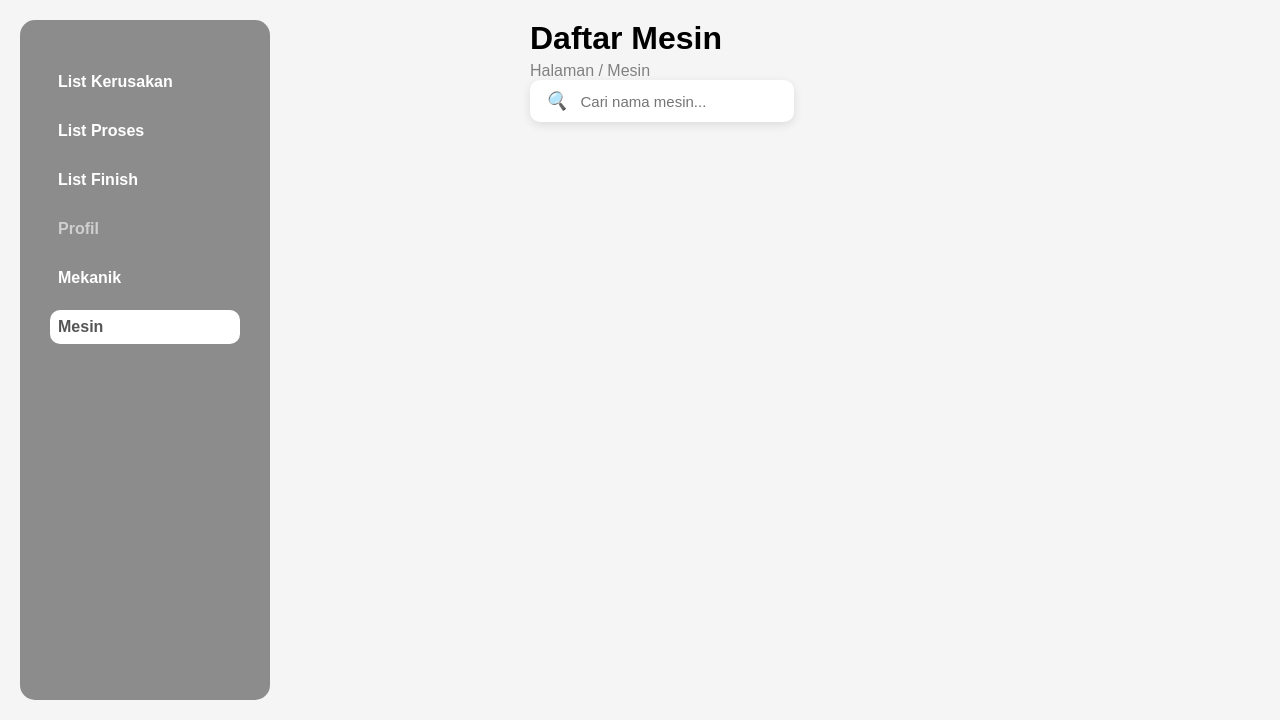
Repository: 1rHub/maintenance
Page: http://localhost/mesin.php
An editor plug-in stored every save of this project. The page is shown before and after the next save, followed by the edit.
The browser window is 1280 px wide. The pictures show the whole page.
The page is run by PHP 8.4 with error messages shown; the project is at /var/www/html/. Queries for data that is not in the repository find no rows.

Above is the page before, as saved 2025-10-19 03:59:32.

After the next save:
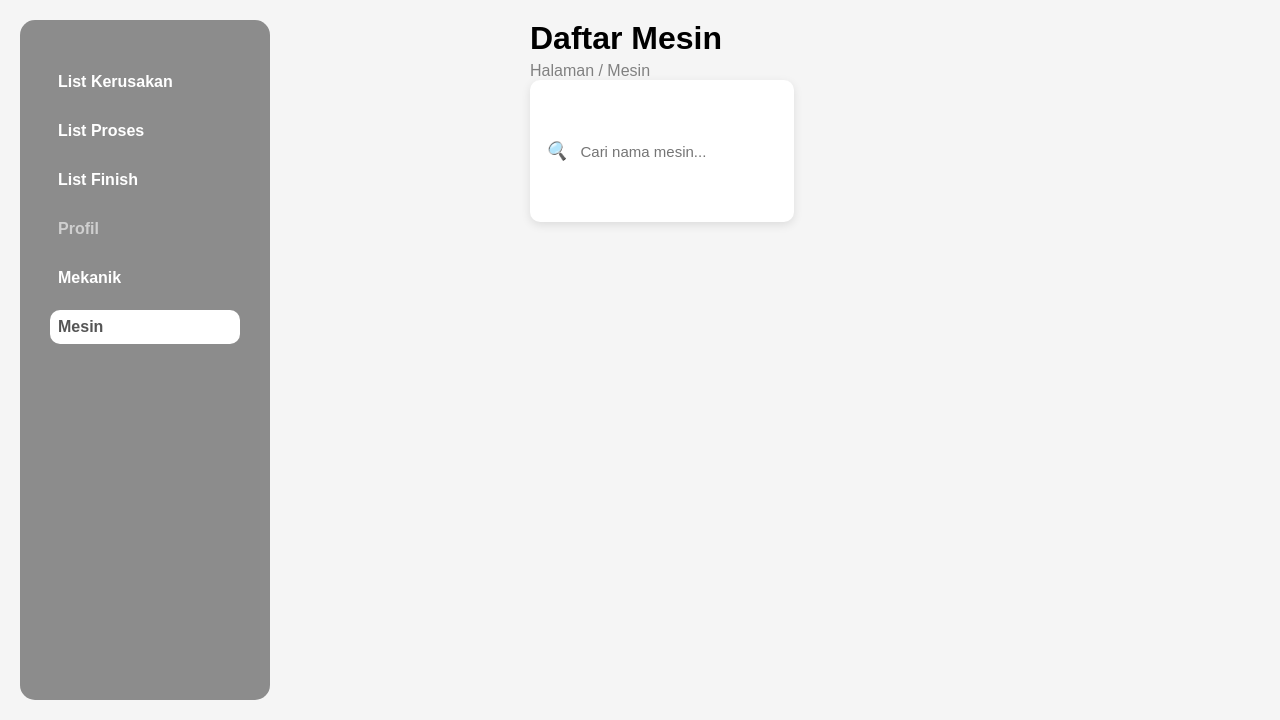
Saved 9 s later.
--- a/mesin.php
+++ b/mesin.php
@@ -24,7 +24,7 @@
             background: white;
             border-radius: 10px;
             box-shadow: 0 3px 10px rgba(0,0,0,0.1);
-            padding: 10px 15px;
+            padding: 60px 15px;
         }
 
         .search-box input {

After the 2 saves that followed:
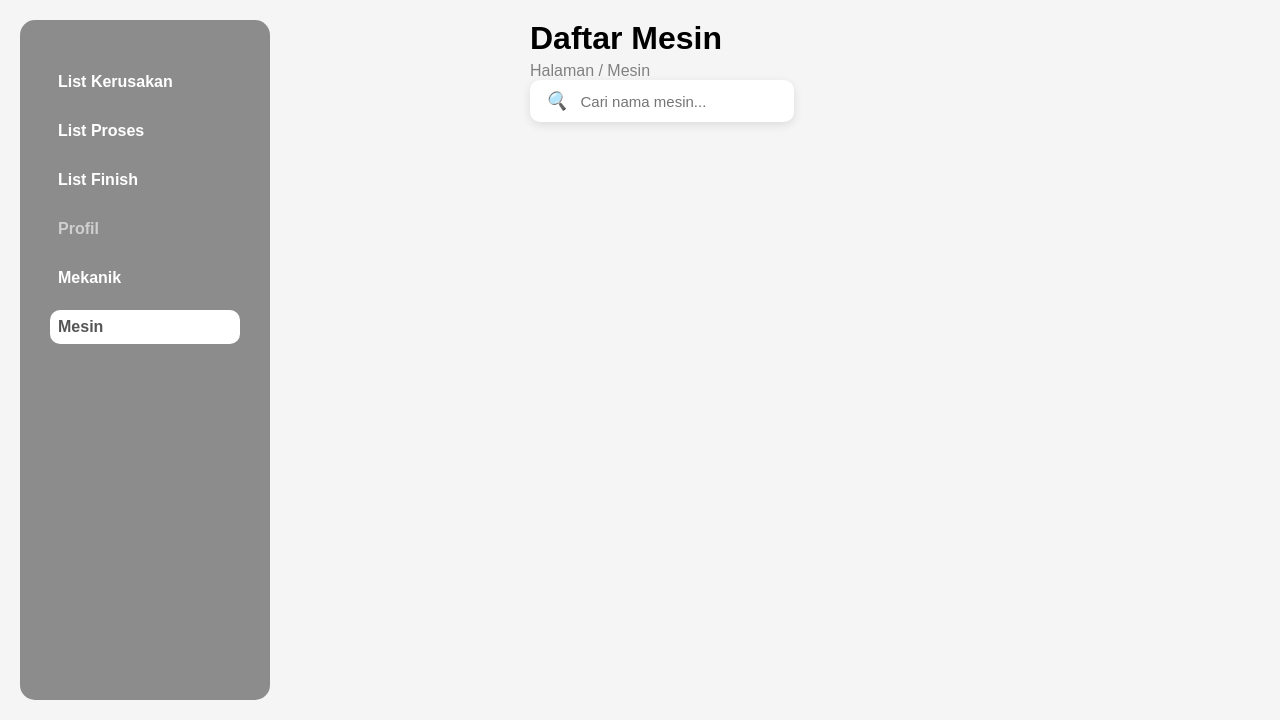
The 2 saves are shown as one change because they came seconds apart.
The last was saved 5 s later.
--- a/mesin.php
+++ b/mesin.php
@@ -24,7 +24,7 @@
             background: white;
             border-radius: 10px;
             box-shadow: 0 3px 10px rgba(0,0,0,0.1);
-            padding: 60px 15px;
+            padding: 10px 15px;
         }
 
         .search-box input {
